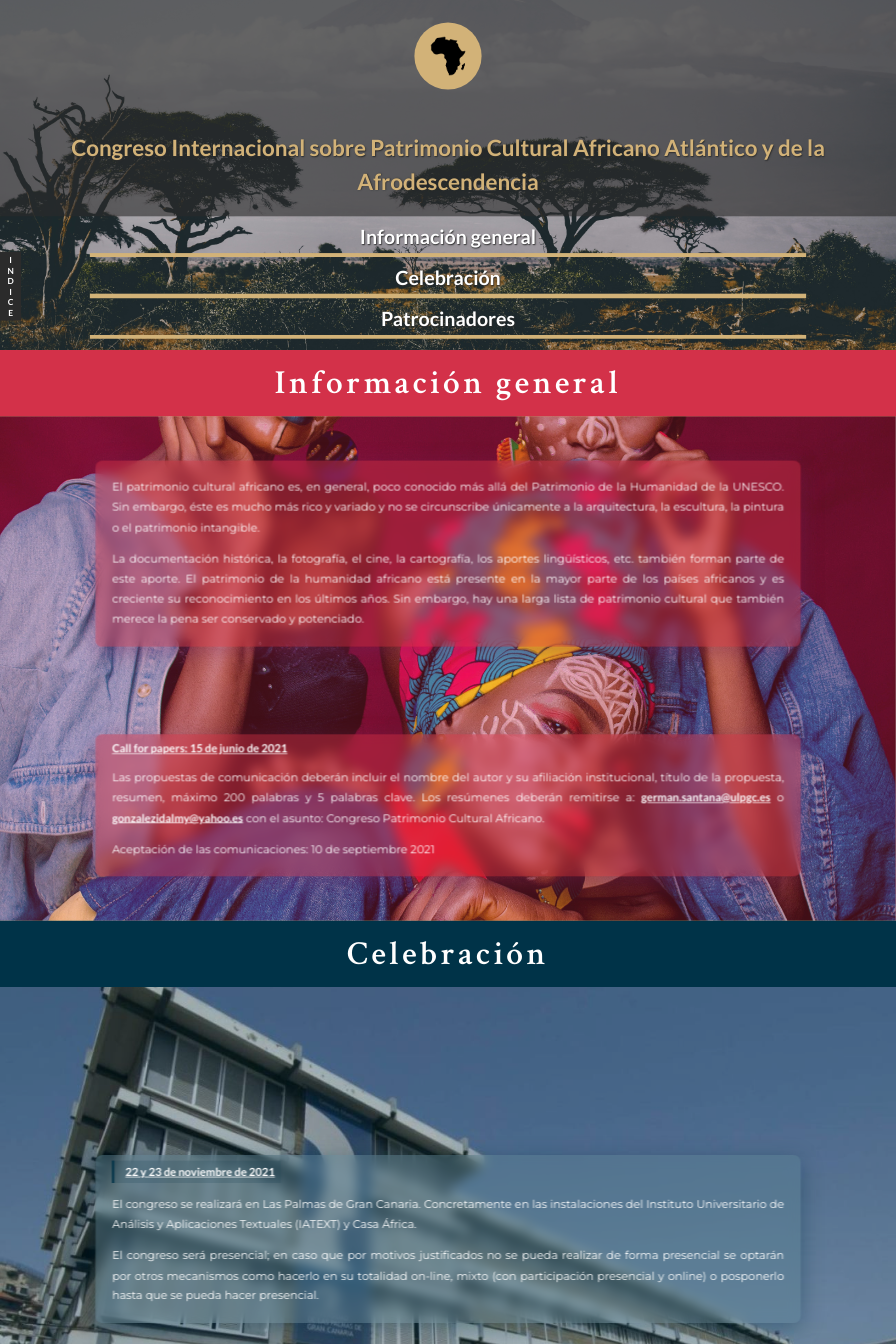
Repository: Letram/congresoafrica
Page: index.html
These files come from the project's save history. The page is drawn as it stood at one moment and after a run of saves; the edit follows.
The browser window is 1280 px wide. The pictures show the part of the page from y = 0 to 1920 px (the page is 2945 px tall), at 70% of full size.
Backgrounds fixed to the window are drawn as part of the page. Some web libraries are served in a nearby version. The style sheet was rebuilt from its Sass, Less or Tailwind sources for each picture, by a compiler version that may differ from the author's.

Above is the page before, as saved 2021-04-30 13:04:37.

After the next 2 saves:
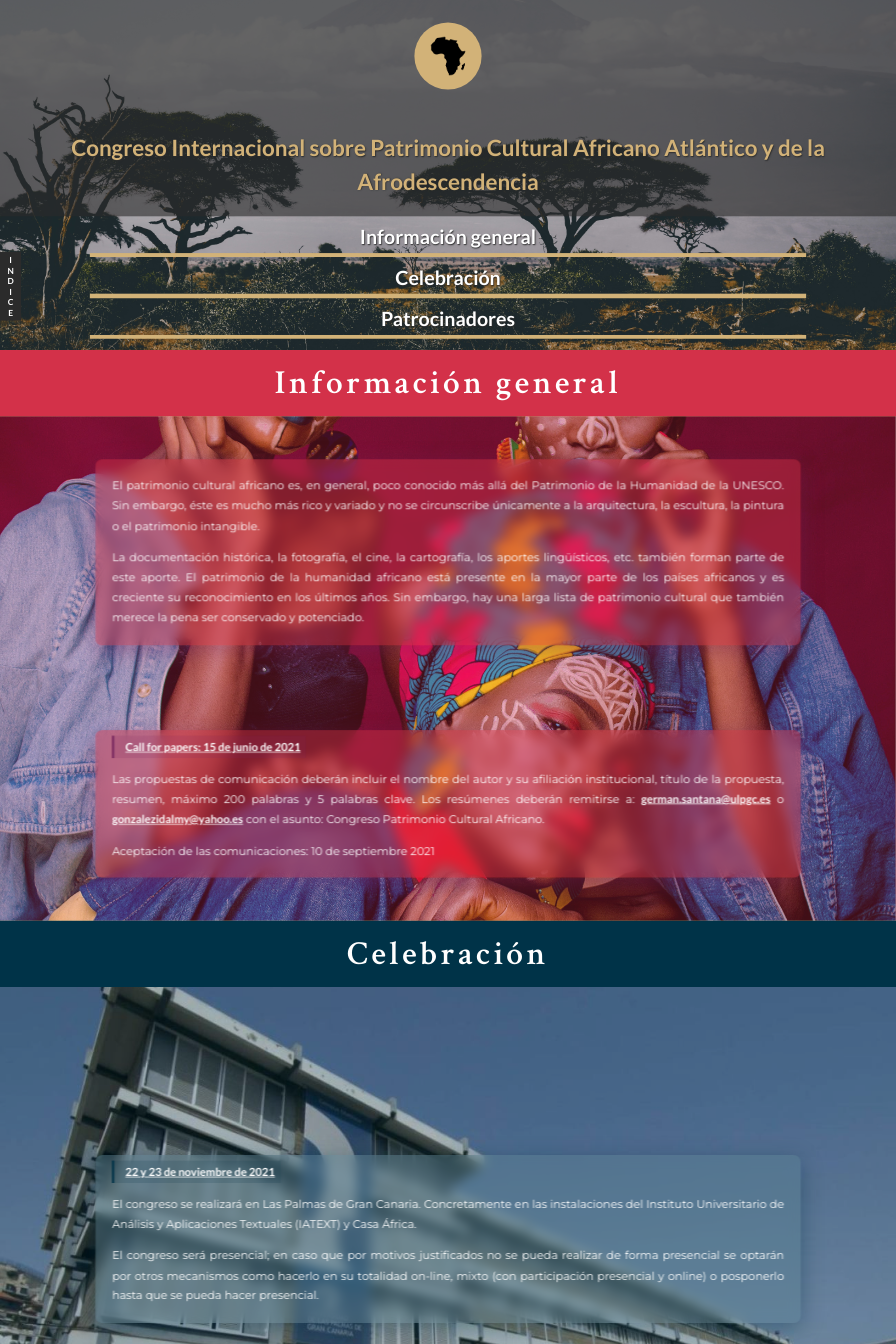
The 2 saves are shown as one change because they came seconds apart.
The last was saved 53 s later.
--- a/styles/styles.scss
+++ b/styles/styles.scss
@@ -175,6 +175,21 @@ article {
       margin: 3rem 0;
       .content {
         color: white;
+        .fecha {
+          display: flex;
+          align-items: center;
+          width: fit-content;
+          height: 2rem;
+          color: white;
+          background-color: rgba($color: $purple, $alpha: 0.15);
+          padding: 0 0.5rem 0 0;
+          &::before {
+            content: "";
+            height: inherit;
+            border-right: 3px solid $purple;
+            margin-right: 1rem;
+          }
+        }
       }
     }
   }
